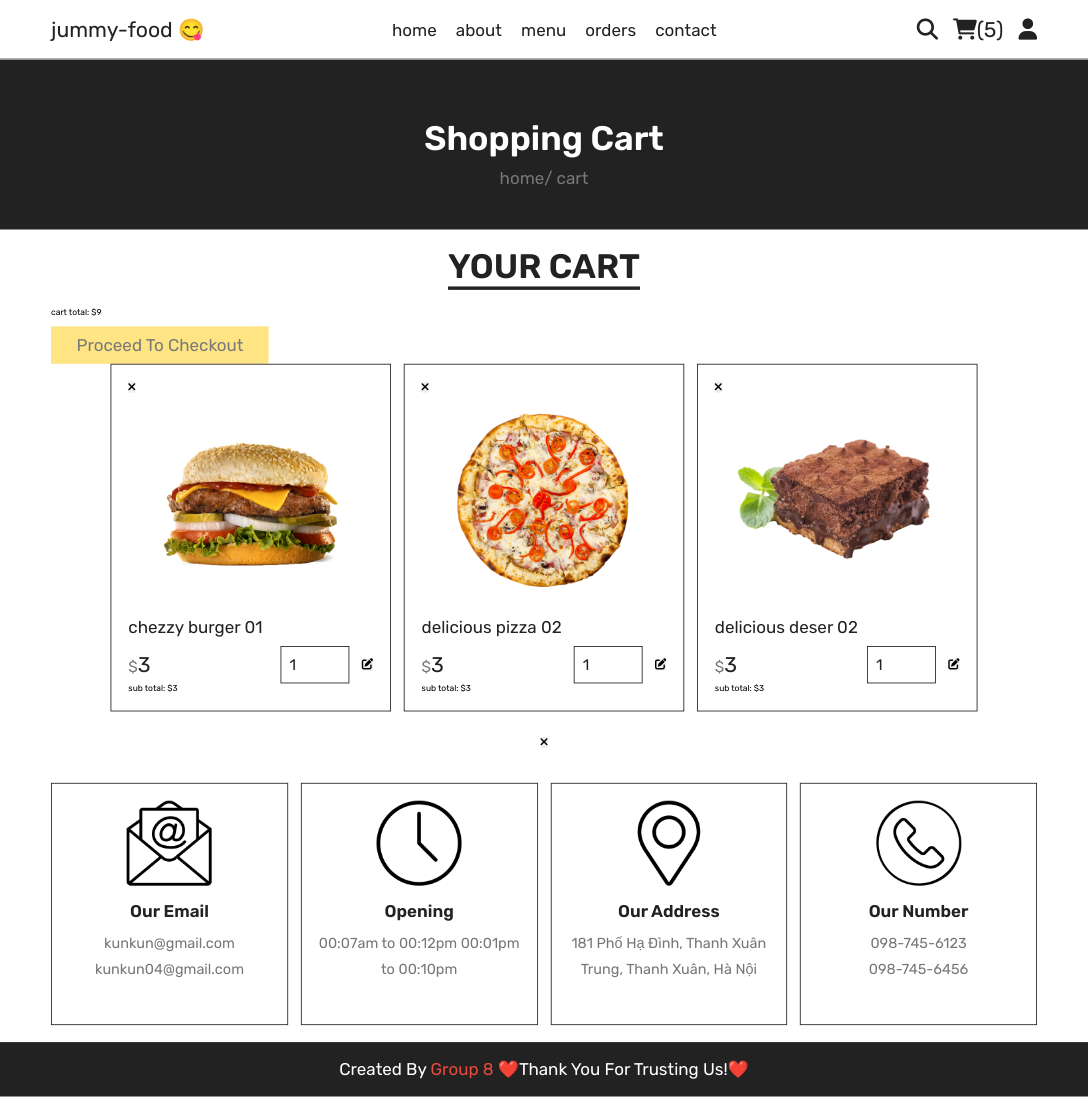
Repository: VuongLinhDinh/jummy_food
Page: cart.html
The author's editor kept a copy of each file at every save. The page is drawn from the files as they stood at one save, then again after the next save.
The browser window is 1280 px wide. The pictures show the whole page, at 85% of full size.
Some web libraries are served in a nearby version.

Above is the page before, as saved 2023-11-12 16:22:19.

After the next save:
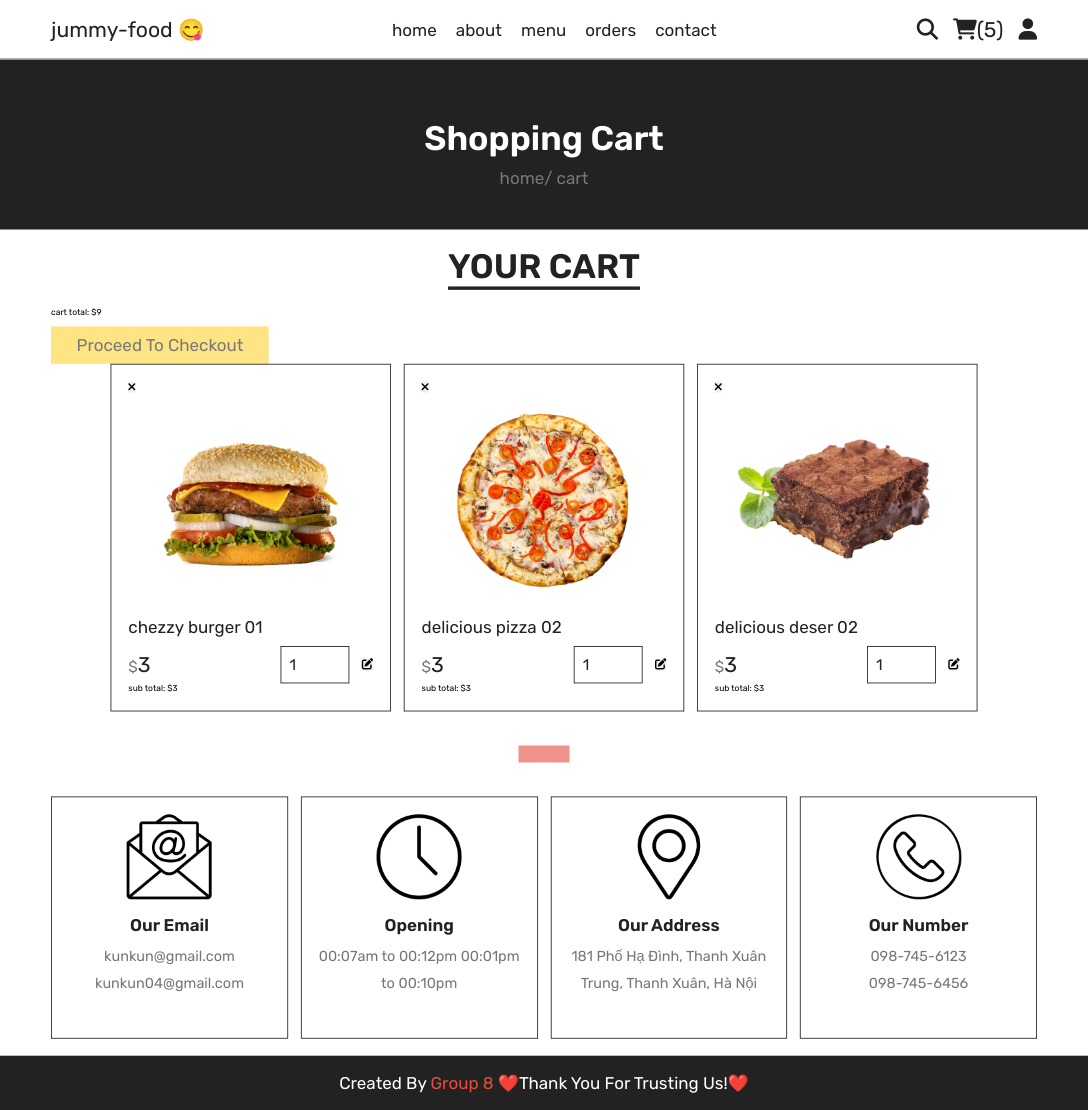
Saved 30 s later.
--- a/cart.html
+++ b/cart.html
@@ -92,7 +92,7 @@
         </div>
         <div class="more-btn">
            <form action="" method="post">
-            <button type="submit" class="fas fa-times" name="detele_all" onclick="return confirm('delete all form cart?');"></button>
+            <button type="submit" class="delete-btn" name="detele_all" onclick="return confirm('delete all form cart?');"></button>
            </form>
         </div>
     </section>
